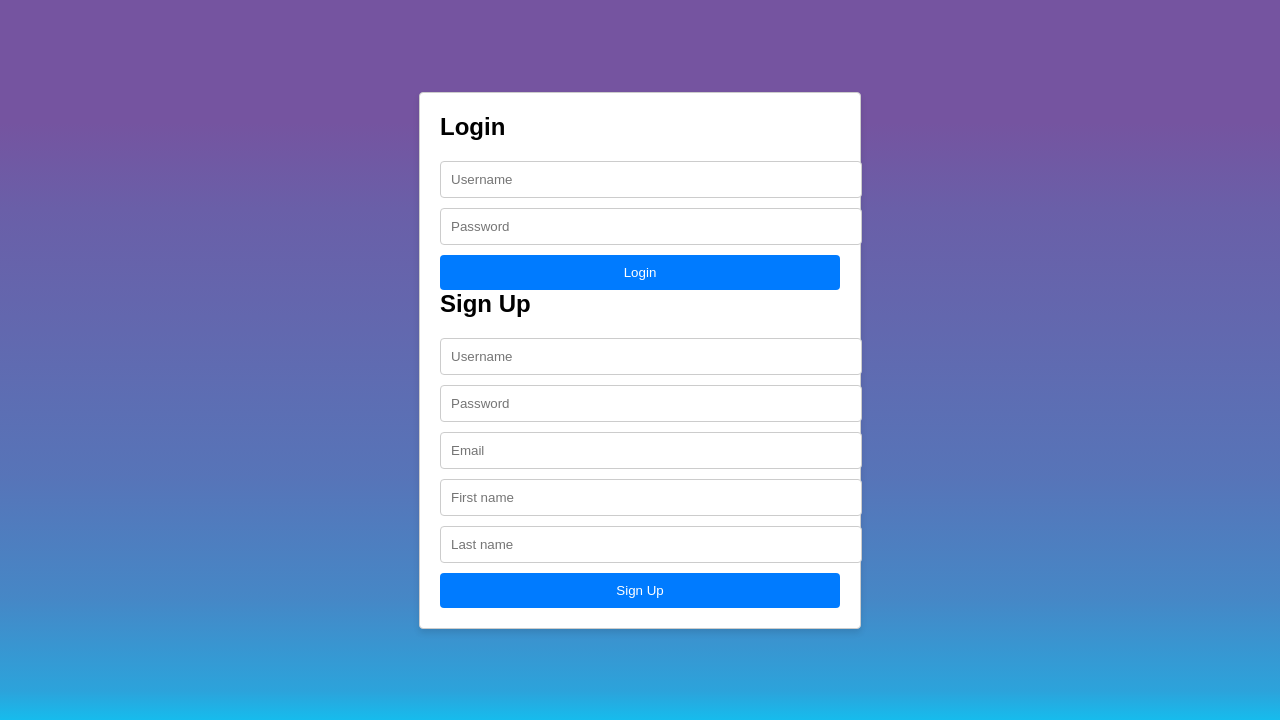
Repository: elqueben/message
Page: / (app in message-app/)
The author's editor kept a copy of each file at every save. The page is drawn from the files as they stood at one save, then again after a run of saves.
The browser window is 1280 px wide. The pictures show the whole page.
The project was rebuilt for these pictures with package versions that can differ from the ones it lists, and the page was loaded fresh each time. Also part of the build but not shown: message-app/vite.config.js.

Above is the page before, as saved 2023-05-08 15:30:09.

After the next 4 saves:
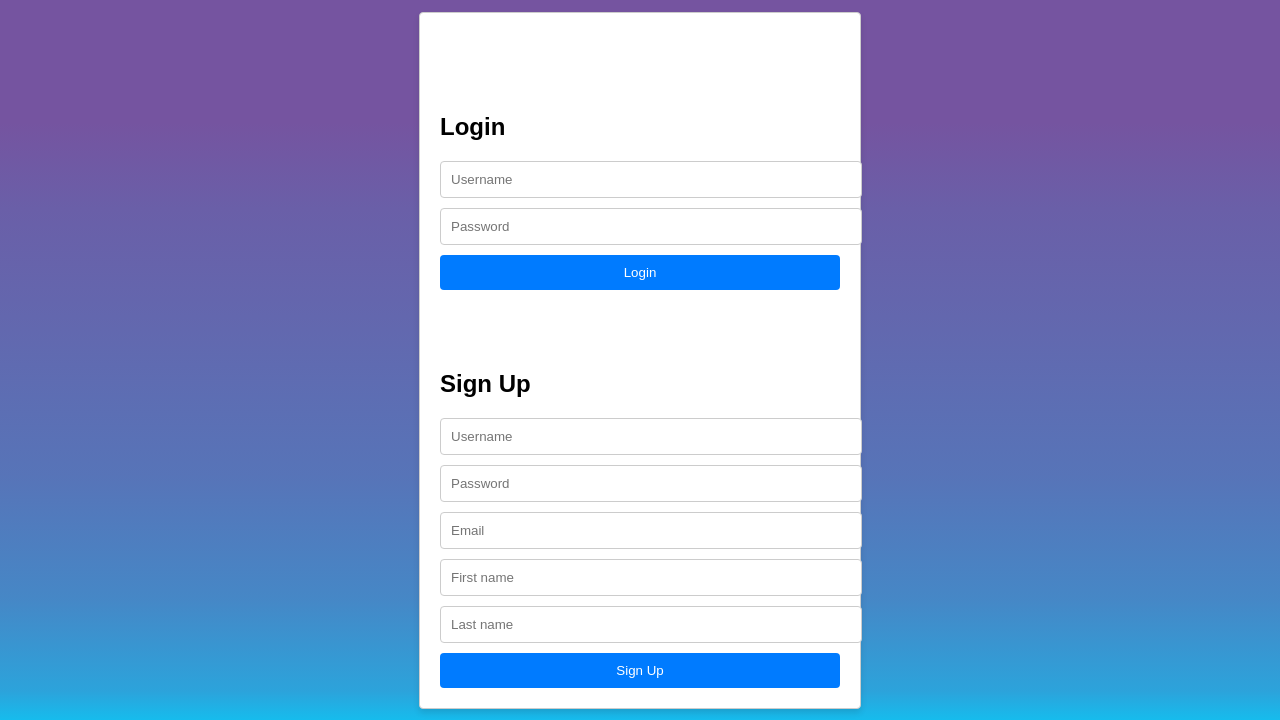
The 4 saves are shown as one change because they came seconds apart.
The last was saved 8 s later.
--- a/message-app/src/style.css
+++ b/message-app/src/style.css
@@ -42,7 +42,7 @@
   font-size: 24px;
   font-weight: bold;
   margin-bottom: 20px;
-
+  margin-top: 5rem;
 }
 
 input {

After the 4 saves that followed:
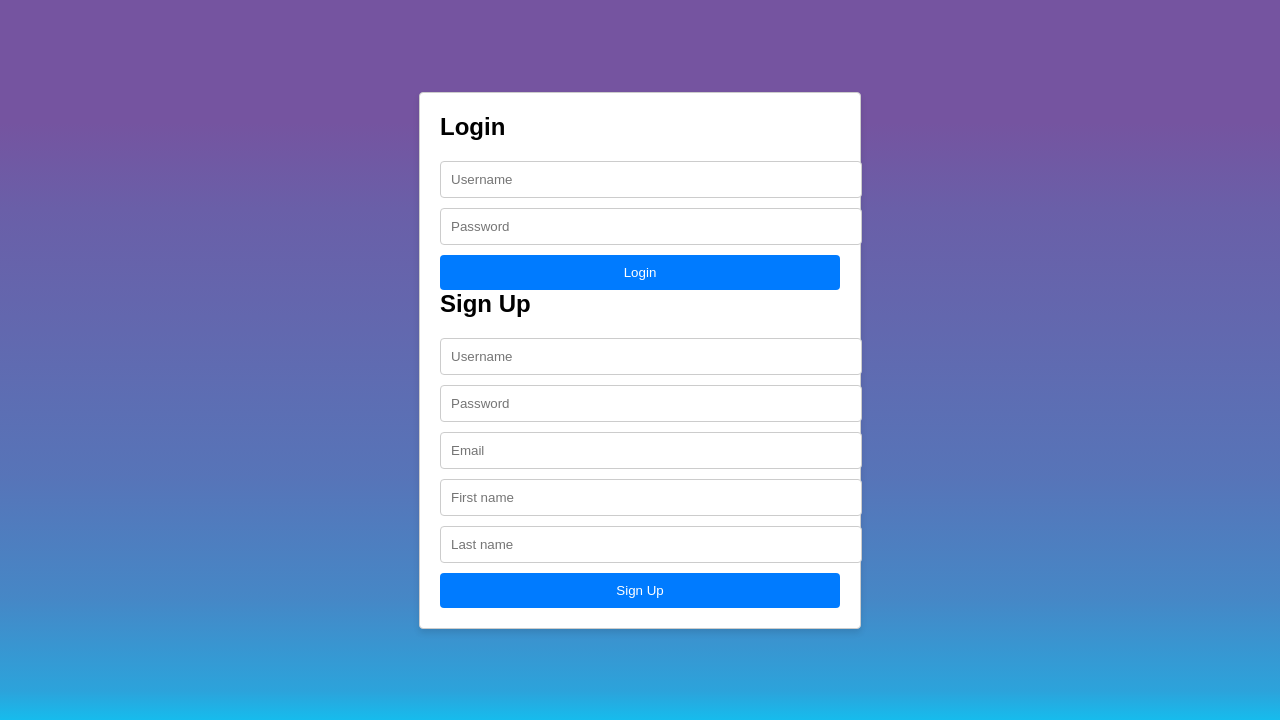
The 4 saves are shown as one change because they came seconds apart.
The last was saved 11 s later.
--- a/message-app/src/style.css
+++ b/message-app/src/style.css
@@ -42,7 +42,7 @@
   font-size: 24px;
   font-weight: bold;
   margin-bottom: 20px;
-  margin-top: 5rem;
+  margin-top: 2.5;
 }
 
 input {
